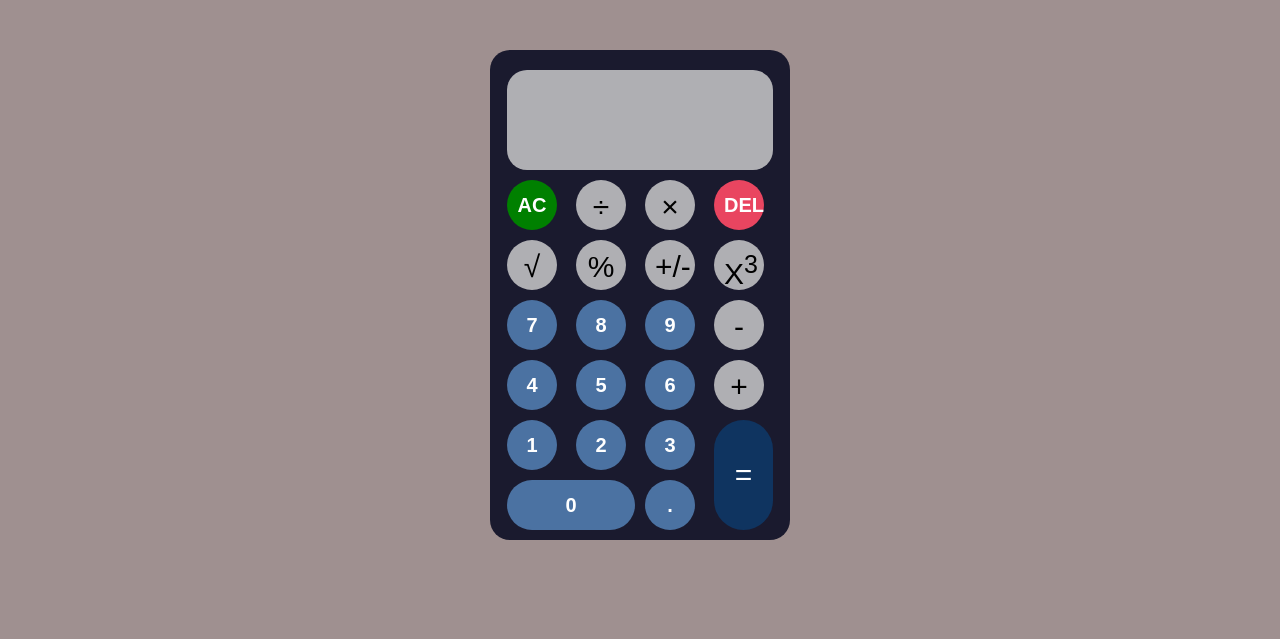
Repository: MikkyPrestige/js-calculator
Page: index.html
The author's editor kept a copy of each file at every save. The page is drawn from the files as they stood at one save, then again after the next save.
The browser window is 1280 px wide. The pictures show the whole page.

Above is the page before, as saved 2023-05-08 02:09:50.

### index.html
<!DOCTYPE html>
<html lang="en">

<head>
  <meta charset="UTF-8">
  <meta http-equiv="X-UA-Compatible" content="IE=edge">
  <meta name="viewport" content="width=device-width, initial-scale=1.0">
  <title>JavaScript Calculator</title>
  <link rel="stylesheet" href="./index.css">
  <!-- <script src="script.js" defer></script> -->
</head>

<body>
  <main>
    <section class="calculator">
      <div class="output">
        <div class="output--curr"></div>
        <div class="output--prev"></div>
      </div>
      <div class="btns">
        <button class="btn clear">AC</button>
        <button class="btn del">DEL</button>
        <button class="btn op divide">÷</button>
        <button class="btn op multiply">×</button>
        <button class="btn op minus">-</button>
        <button class="btn op plus">+</button>
        <button class="btn op mod">%</button>
        <button class="btn op plusMinus">+/-</button>
        <button class="btn op square">√</button>
        <button class="btn op cube">X<sup>3</sup></button>
        <button class="btn equalTo">=</button>
        <button class="btn num seven">7</button>
        <button class="btn num eight">8</button>
        <button class="btn num nine">9</button>
        <button class="btn num four">4</button>
        <button class="btn num five">5</button>
        <button class="btn num six">6</button>
        <button class="btn num one">1</button>
        <button class="btn num two">2</button>
        <button class="btn num three">3</button>
        <button class="btn num zero">0</button>
        <button class="btn num dot">.</button>
      </div>
    </section>
  </main>
</body>

</html>

### index.css
*,
*::before,
*::after {
  box-sizing: border-box;
  margin: 0;
  padding: 0;
}

html {
  font-size: 62.5%;
}

body {
  font-family: 'Inter', sans-serif;
  font-size: 1.6rem;
  font-weight: 400;
  line-height: 1.5;
  background: #9F9090;
  min-height: 100%;
  width: 100%;
}

main {
  background: rgba(26, 26, 46, 1);
  width: 100%;
  max-width: 30rem;
  height: 100%;
  margin: 5rem auto;
  padding: 1rem;
  border-radius: 2rem;
  -webkit-border-radius: 2rem;
  -moz-border-radius: 2rem;
  -ms-border-radius: 2rem;
  -o-border-radius: 2rem;
}

.calculator {
  display: flex;
  flex-direction: column;
  justify-content: space-between;
  align-items: center;
  width: 100%;
  height: 100%;
}

.output {
  background: #AFAFB3;
  width: 95%;
  height: 10rem;
  border-radius: 2rem;
  -webkit-border-radius: 2rem;
  -moz-border-radius: 2rem;
  -ms-border-radius: 2rem;
  -o-border-radius: 2rem;
  display: flex;
  flex-direction: column;
  justify-content: space-around;
  align-items: flex-end;
  padding: 1rem;
  margin: 1rem 0;
}

.output--curr {
  font-size: 2.5rem;
  font-weight: 700;
  color: #000;
  border-bottom: 0.2rem solid rgba(0, 0, 0, 0.2);
  padding-bottom: .5rem;
}

.output--prev {
  font-size: 1.5rem;
  font-weight: 400;
  color: rgba(0, 0, 0, 0.5);
}

.btns {
  display: grid;
  grid-template-columns: repeat(4, 1fr);
  grid-gap: 1rem;
  grid-template-areas:
    "clear divide multiply del"
    "square mod plusMinus cube"
    "seven eight nine minus"
    "four five six plus"
    "one two three equalTo"
    "zero zero dot equalTo";
  width: 95%;
  height: 100%;
}

.btn {
  border-radius: 50%;
  -webkit-border-radius: 50%;
  -moz-border-radius: 50%;
  -ms-border-radius: 50%;
  -o-border-radius: 50%;
  border: none;
  outline: none;
  font-size: 2rem;
  font-weight: 700;
  padding: 1rem;
  color: #FFFFFF;
  cursor: pointer;
  transition: all 0.2s ease-in-out;
  -webkit-transition: all 0.2s ease-in-out;
  -moz-transition: all 0.2s ease-in-out;
  -ms-transition: all 0.2s ease-in-out;
  -o-transition: all 0.2s ease-in-out;
  width: 5rem;
  height: 5rem;
}

.op {
  background: rgba(217, 217, 217, 0.78);
  color: #000;
  font-size: 3rem;
  font-weight: 300;
}

.op:hover {
  background: #000000;
  color: rgba(217, 217, 217, 0.78);
}

.num {
  background: #4B72A2;
}

.num:hover {
  background: rgba(217, 217, 217, 0.78);
  color: #4B72A2;
}

.clear {
  background: #008000;
  grid-area: clear;
}

.clear:hover {
  background: rgba(217, 217, 217, 0.78);
  color: #008000;
}

.del {
  background: #E94560;
  grid-area: del;
}

.del:hover {
  background: rgba(217, 217, 217, 0.78);
  color: #E94560;
}

.divide {
  grid-area: divide;
}

.multiply {
  grid-area: multiply;
}

.square {
  grid-area: square;
}

.mod {
  grid-area: mod;
}

.plusMinus {
  grid-area: plusMinus;
}

.cube {
  grid-area: cube;
}

.minus {
  grid-area: minus;
}

.plus {
  grid-area: plus;
}

.one {
  grid-area: one;
}

.two {
  grid-area: two;
}

.three {
  grid-area: three;
}

.four {
  grid-area: four;
}

.five {
  grid-area: five;
}

.six {
  grid-area: six;
}

.seven {
  grid-area: seven;
}

.eight {
  grid-area: eight;
}

.nine {
  grid-area: nine;
}

.zero {
  grid-area: zero;
  border-radius: 3rem;
  -webkit-border-radius: 3rem;
  -moz-border-radius: 3rem;
  -ms-border-radius: 3rem;
  -o-border-radius: 3rem;
  width: unset;
  height: unset;
}

.dot {
  grid-area: dot;
}

.equalTo {
  grid-area: equalTo;
  background: #0F3460;
  font-size: 3rem;
  font-weight: 300;
  border-radius: 3rem;
  -webkit-border-radius: 3rem;
  -moz-border-radius: 3rem;
  -ms-border-radius: 3rem;
  -o-border-radius: 3rem;
  width: unset;
  height: unset;
}

.equalTo:hover {
  background: rgba(217, 217, 217, 0.78);
  color: #0F3460;
}

.btn:hover {
  transform: scale(1.1);
  -webkit-transform: scale(1.1);
  -moz-transform: scale(1.1);
  -ms-transform: scale(1.1);
  -o-transform: scale(1.1);
}

.btn:active {
  transform: scale(0.9);
  -webkit-transform: scale(0.9);
  -moz-transform: scale(0.9);
  -ms-transform: scale(0.9);
  -o-transform: scale(0.9);
}

After the next save:
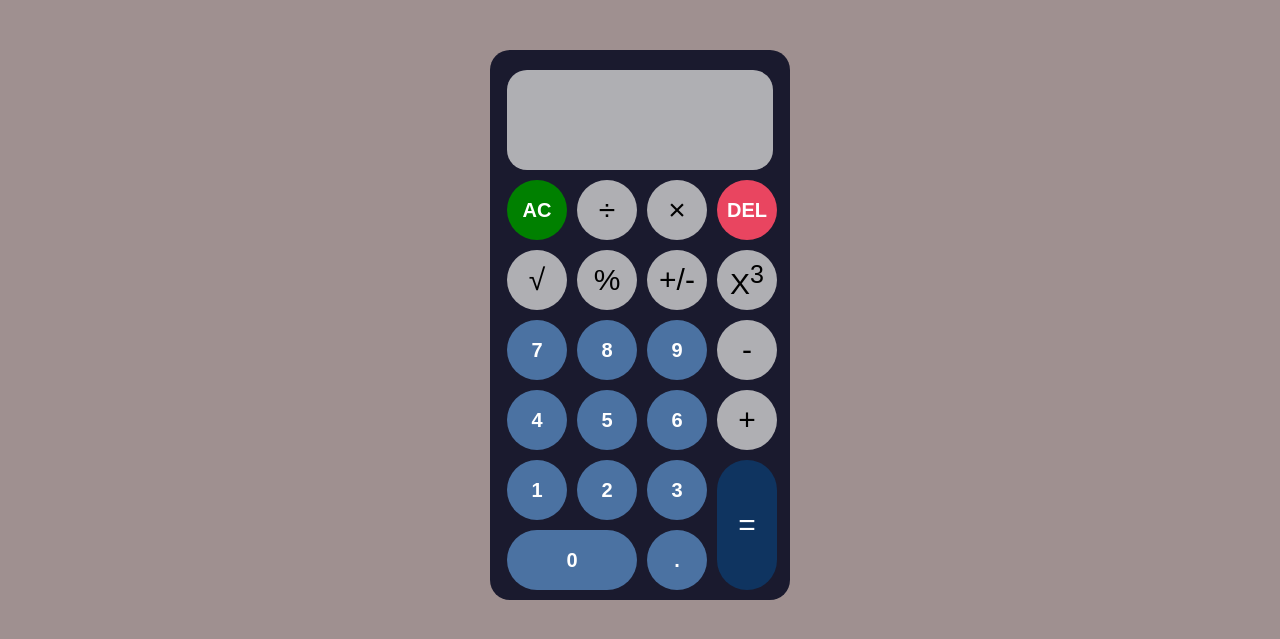
Saved 30 s later.
--- a/index.css
+++ b/index.css
@@ -107,8 +107,8 @@ main {
   -moz-transition: all 0.2s ease-in-out;
   -ms-transition: all 0.2s ease-in-out;
   -o-transition: all 0.2s ease-in-out;
-  width: 5rem;
-  height: 5rem;
+  width: 6rem;
+  height: 6rem;
 }
 
 .op {
